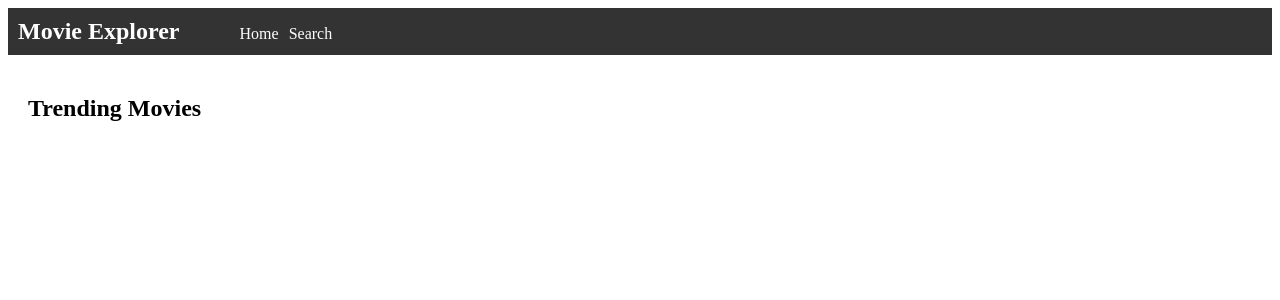
Repository: Akashmadhunala/Assignment-4-Movie_Explorer
Page: /
The author's editor kept a copy of each file at every save. The page is drawn from the files as they stood at one save, then again after the next save.
The browser window is 1280 px wide. The pictures show the whole page.
The project was rebuilt for these pictures with package versions that can differ from the ones it lists, and the page was loaded fresh each time. Also part of the build but not shown: src/pages/Search.js, src/App.css.

Above is the page before, as saved 2024-10-21 00:18:00.

After the next save:
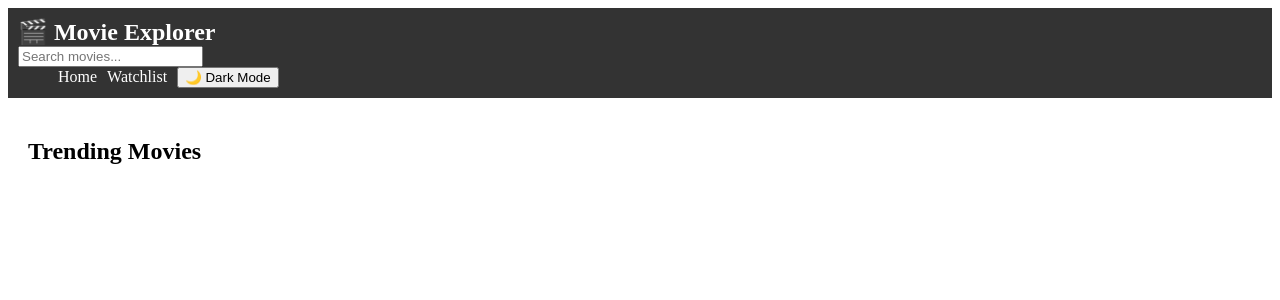
Saved 10 s later.
--- a/src/components/Navbar.js
+++ b/src/components/Navbar.js
@@ -1,21 +1,43 @@
-import React from 'react';
-import { Link } from 'react-router-dom';
+import React, { useContext, useState } from 'react';
+import { Link, useNavigate } from 'react-router-dom';
+import { ThemeContext } from '../context/ThemeContext';
 import styles from './styles/Navbar.module.css';
 
 const Navbar = () => {
-    return (
-        <nav className={styles.navbar}>
-            <h1>Movie Explorer</h1>
-            <ul>
-                <li>
-                    <Link to="/">Home</Link>
-                </li>
-                <li>
-                    <Link to="/search">Search</Link>
-                </li>
-            </ul>
-        </nav>
-    );
+  const { theme, toggleTheme } = useContext(ThemeContext);
+  const [searchTerm, setSearchTerm] = useState('');
+  const navigate = useNavigate();
+
+  const handleSearch = (e) => {
+    e.preventDefault();
+    if (searchTerm) {
+      navigate(`/search?query=${searchTerm}`);
+    }
+  };
+
+  return (
+    <nav className={styles.navbar}>
+      <h1>🎬 Movie Explorer</h1>
+      <form onSubmit={handleSearch}>
+        <input
+          type="text"
+          value={searchTerm}
+          onChange={(e) => setSearchTerm(e.target.value)}
+          placeholder="Search movies..."
+          className={styles.searchBar}
+        />
+      </form>
+      <ul>
+        <li><Link to="/">Home</Link></li>
+        <li><Link to="/watchlist">Watchlist</Link></li>
+        <li>
+          <button onClick={toggleTheme} className={styles.themeToggle}>
+            {theme === 'dark' ? '🌞 Light Mode' : '🌙 Dark Mode'}
+          </button>
+        </li>
+      </ul>
+    </nav>
+  );
 };
 
 export default Navbar;
